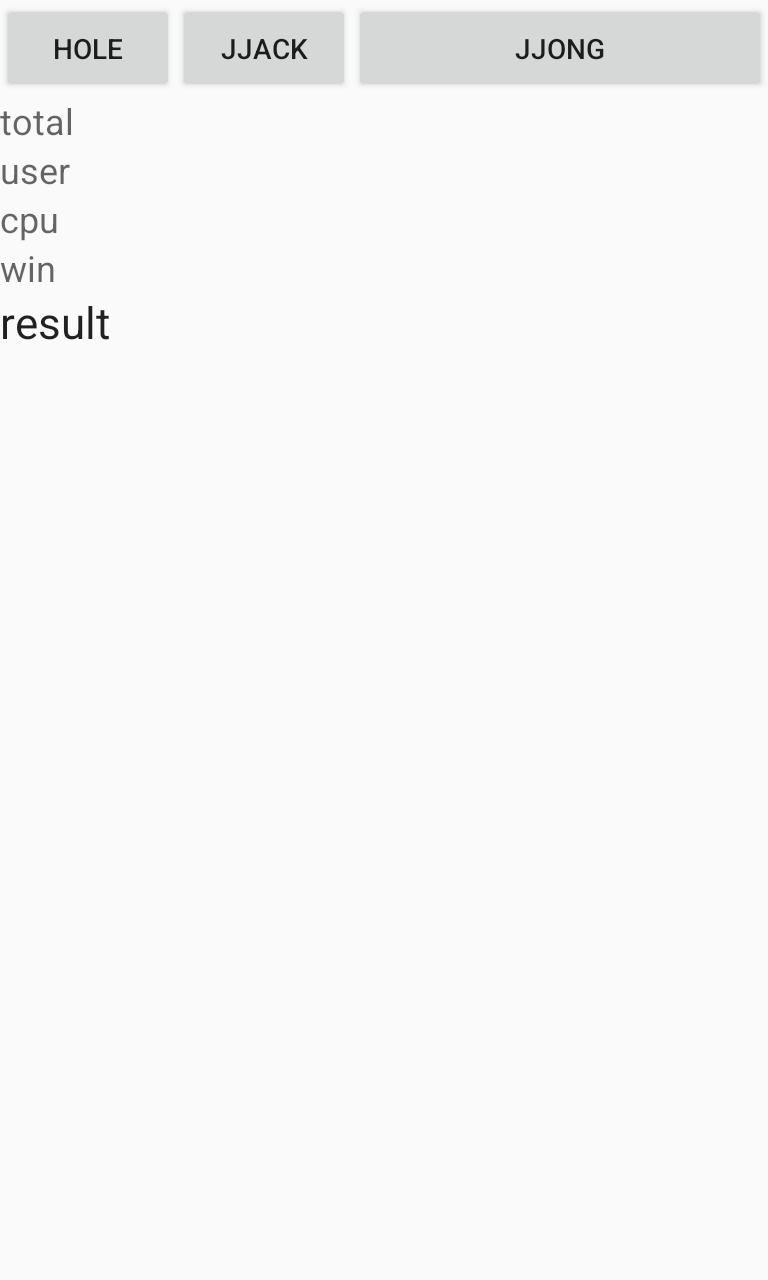
Repository: kol0372/woo
Layout: andworkspace/and1008/res/layout/exam2.xml
An editor plug-in stored every save of this project. The layout is shown before and after the next save, followed by the edit.
It is drawn on a 768 x 1280 px phone screen (xhdpi) without system bars, with theme AppTheme; the app's code is not run.

Above is the layout before, as saved 2014-10-08 06:56:42.

After the next save:
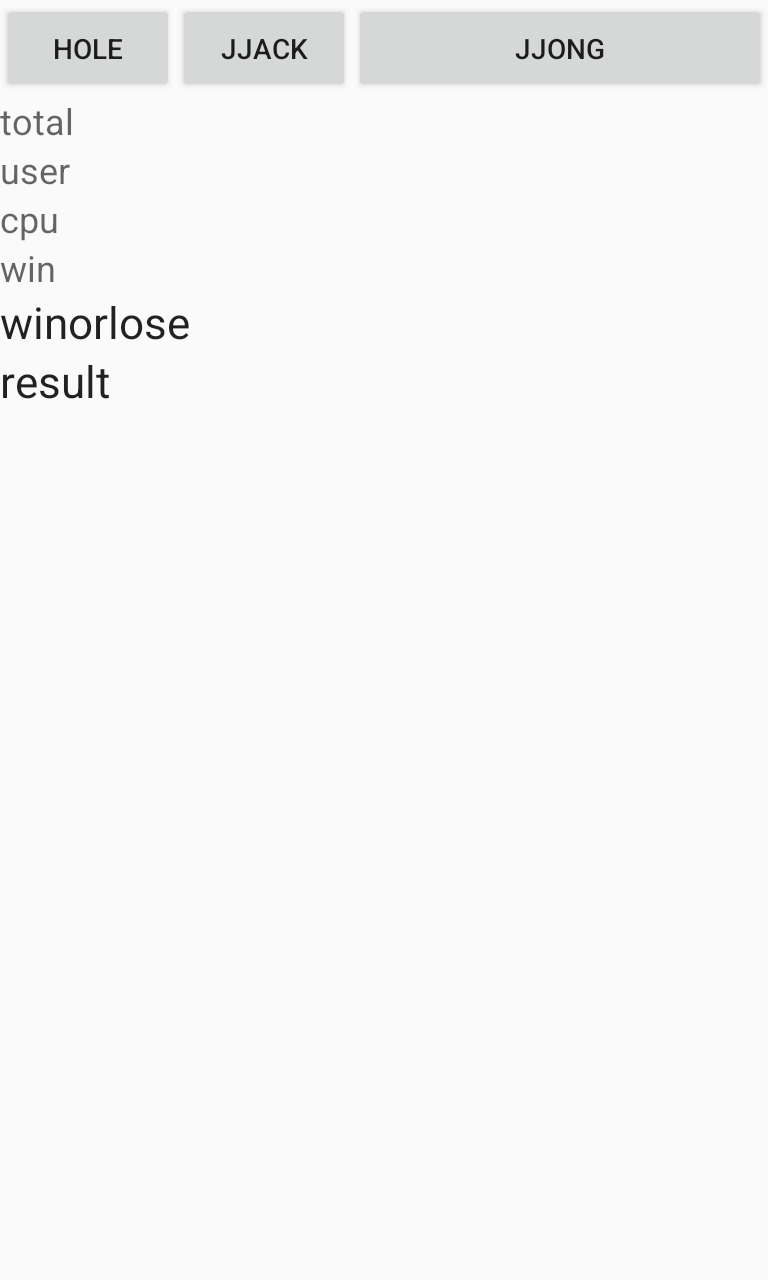
Saved 115 s later.
--- a/andworkspace/and1008/res/layout/exam2.xml
+++ b/andworkspace/and1008/res/layout/exam2.xml
@@ -82,7 +82,7 @@
             android:id="@+id/result"
             android:layout_width="wrap_content"
             android:layout_height="wrap_content"
-            android:text="result"
+            android:text="winorlose"
             android:textAppearance="?android:attr/textAppearanceLarge" />
 
         <LinearLayout
@@ -91,6 +91,13 @@
             android:orientation="vertical" >
         </LinearLayout>
 
+        <TextView
+            android:id="@+id/rs"
+            android:layout_width="wrap_content"
+            android:layout_height="wrap_content"
+            android:text="result"
+            android:textAppearance="?android:attr/textAppearanceLarge" />
+
     </LinearLayout>
 
 </LinearLayout>
